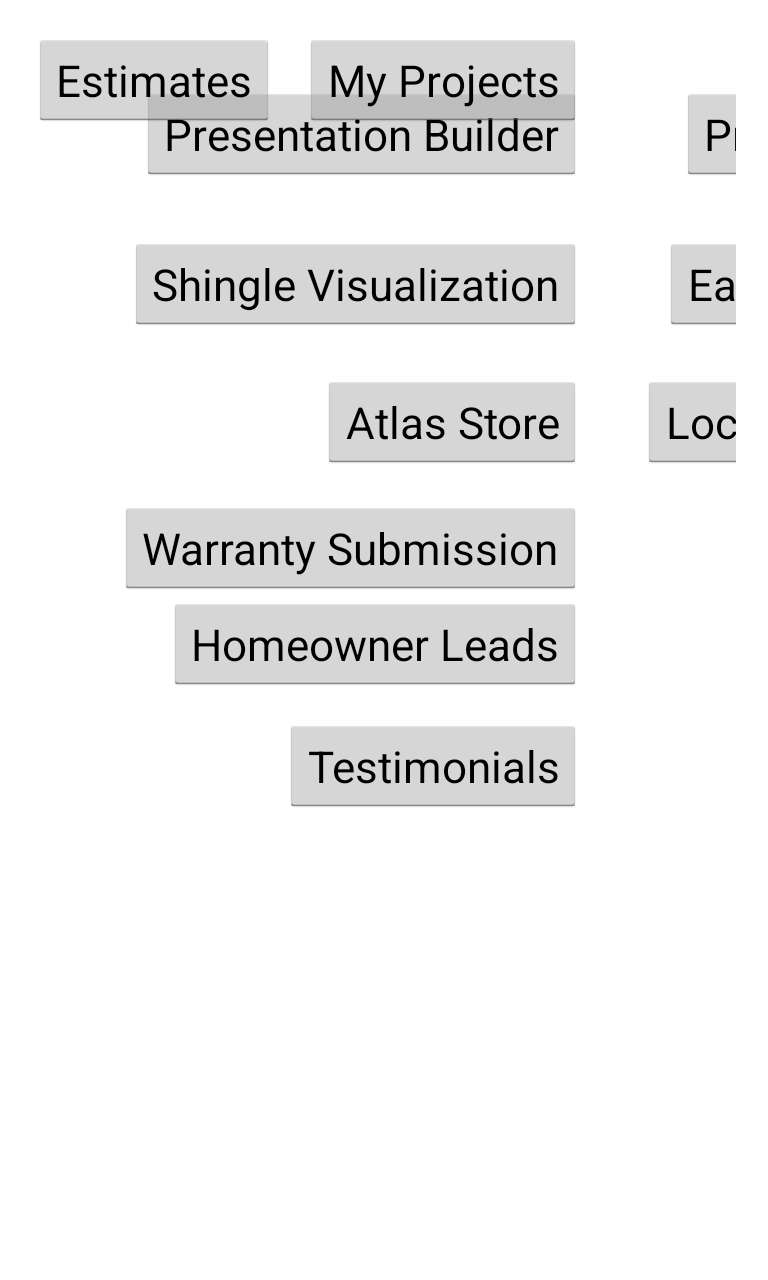
Repository: bnnadi/Android_dev
Layout: First/res/layout/fragment_home.xml
These files come from the project's save history. The layout is drawn as it stood at one moment and after the next save; the edit follows.
It is drawn on a 768 x 1280 px phone screen (xhdpi) without system bars, with theme AppTheme; the app's code is not run.

Above is the layout before, as saved 2014-06-26 17:26:06.

After the next save:
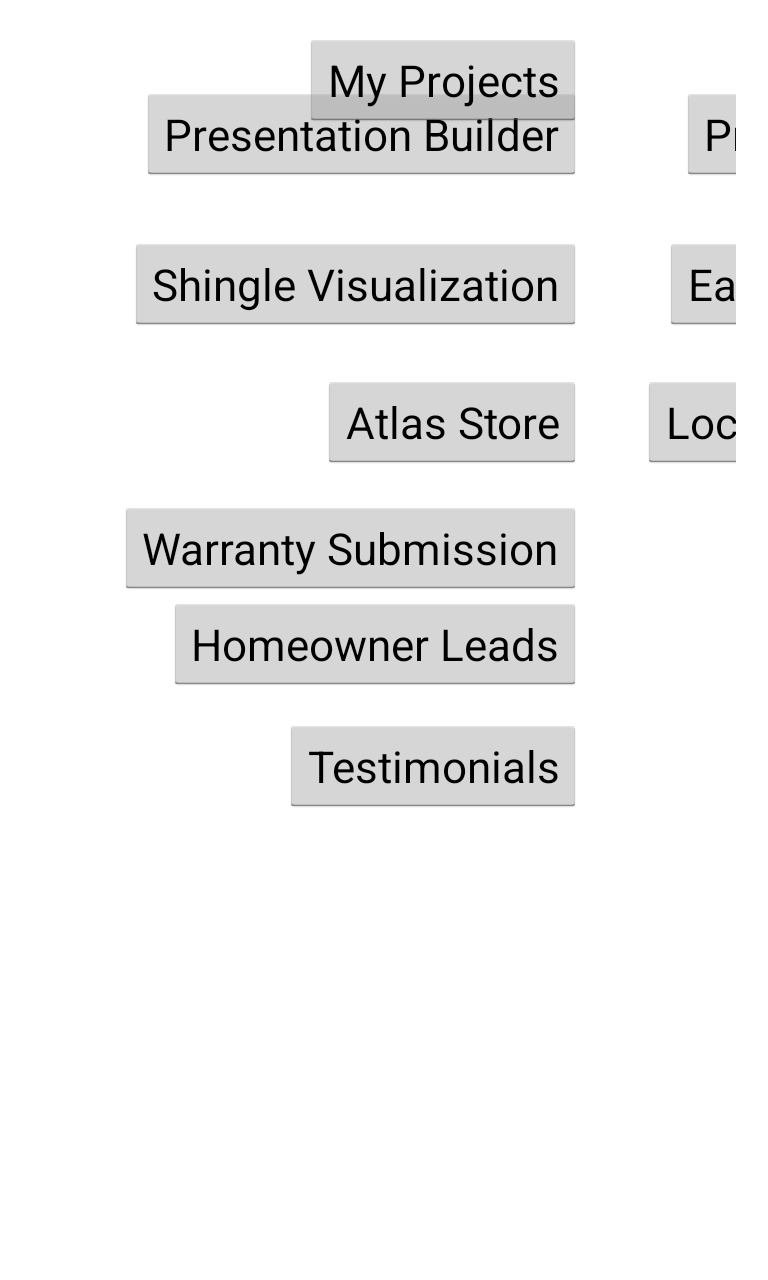
Saved 48 s later.
--- a/First/res/layout/fragment_home.xml
+++ b/First/res/layout/fragment_home.xml
@@ -54,8 +54,8 @@
 	    android:id="@+id/Estimates_btn"
 	    android:layout_width="wrap_content"
 	    android:layout_height="wrap_content"
-	    android:layout_above="@+id/PruductLit_btn"
-	    android:layout_alignRight="@+id/PruductLit_btn"
+	    android:layout_above="@+id/PrudoctLit_btn"
+	    android:layout_alignRight="@+id/ProductLit_btn"
 	    android:layout_marginBottom="34dp"
 	    android:text="@string/button_estimates"
 	    android:textAppearance="?android:attr/textAppearanceLarge"
